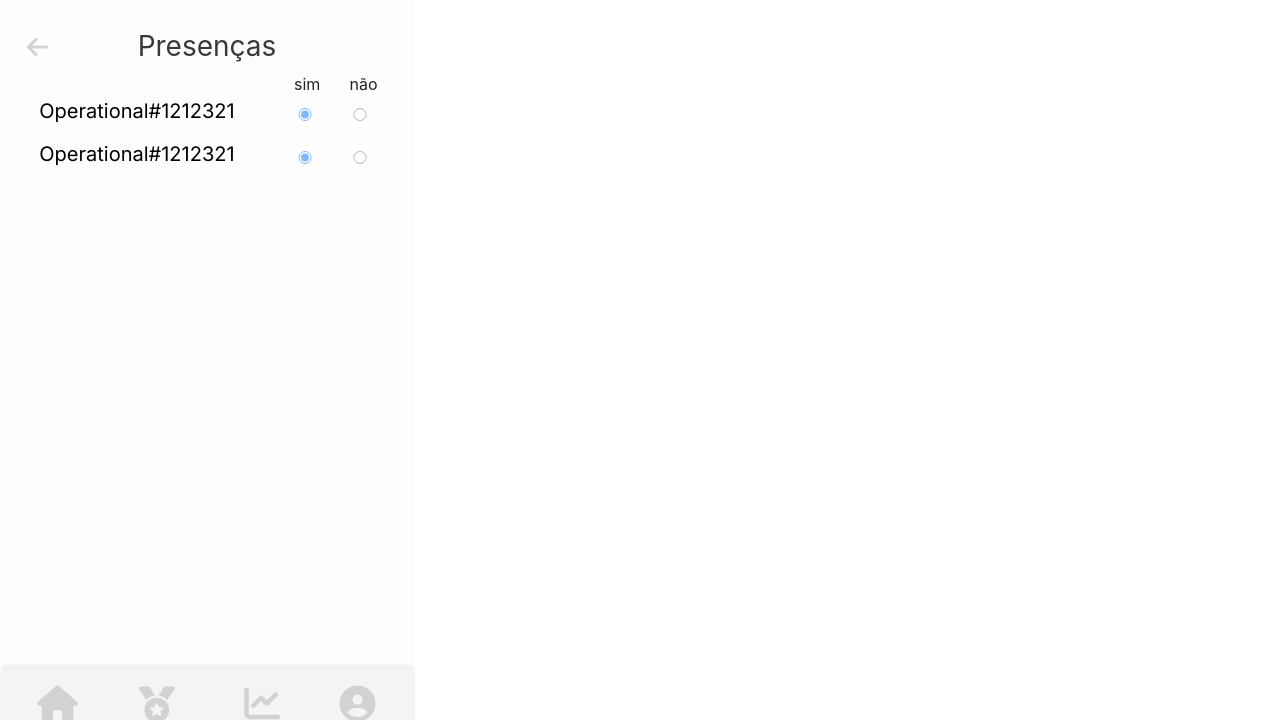
Repository: grupodetrabalhoeficiente/D213
Page: D213/Frontend/OperationalsPresence.html
The author's editor kept a record of every edit. The page is drawn from the files as they stood at one moment, then again after the next edit.
The browser window is 1280 px wide. The pictures show the whole page.
Some web libraries are served in a nearby version.

Above is the page before.

### D213/Frontend/OperationalsPresence.html
<!DOCTYPE html>
<html>

<head>
    <meta charset="utf-8">
    <meta name="viewport" content="width=device-width, initial-scale=1, maximum-scale=1, user-scalable=no">
    <link href="https://fonts.googleapis.com/css?family=Inter&display=swap" rel="stylesheet" />
    <link href="https://fonts.googleapis.com/css?family=Roboto&display=swap" rel="stylesheet" />
    <link href="./OperationalsPresence.css" rel="stylesheet" />
    <link rel="stylesheet" href="https://cdn.jsdelivr.net/npm/bootstrap@4.5.3/dist/css/bootstrap.min.css" integrity="sha384-TX8t27EcRE3e/ihU7zmQxVncDAy5uIKz4rEkgIXeMed4M0jlfIDPvg6uqKI2xXr2" crossorigin="anonymous">
    <script src="https://kit.fontawesome.com/e195162fd2.js" crossorigin="anonymous"></script>
    <title>Secure4All</title>
</head>

<body>
    <div id="screen" class="screen">
            <a><i id="goBack"class="fas fa-arrow-left fa-2x"></i></a>
            <span class="title">Presenças</span>
        <div class="labelPresence" id="labelYes">sim <span class="labelPresence" id="labelNo">não</span></div>

        <div class="presenceDiv">
            <form>
                <span class="ptsClass">Operational#1212321</span>
                <input type="radio" class="yesClass" name="presence" id="checkyes1" value="1" checked>
                <input type="radio" class="noClass" name="presence" id="checkno1" value="0">
            </form>
        </div>
        <div class="presenceDiv">
            <form>
                <span class="ptsClass">Operational#1212321</span>
                <input type="radio" class="yesClass" name="presence" id="checkyes2" value="1" checked>
                <input type="radio" class="noClass" name="presence" id="checkno2" value="0">
            </form>
        </div>

        <!--menubar-->
        <nav class="menubar fixed-bottom">
            <ul class="nav navbar-nav">
                <li><a href="MenuPrincipal.html"><i class="fa fa-home fa-3x" id:"home"></i></a></li>
                <li><a href="Ranks.html"><i class="fas fa-medal fa-3x" id:"medal"></i></a></li>
                <li><a href="HistoricoOcorrencias.html"><i class="fas fa-chart-line fa-3x" id:"chart"></i></a></li>
                <li><a href="PerfilUpdate.html"><i class="fas fa-user-circle fa-3x" id:"profile"></i></a></li>
            </ul>
        </nav>
    </div>
    <!--<script type="text/javascript" src="LoginOcorrencia.js"></script> -->
    <script src="https://code.jquery.com/jquery-3.5.1.slim.min.js" integrity="sha384-DfXdz2htPH0lsSSs5nCTpuj/zy4C+OGpamoFVy38MVBnE+IbbVYUew+OrCXaRkfj" crossorigin="anonymous"></script>
  <script src="https://cdn.jsdelivr.net/npm/bootstrap@4.5.3/dist/js/bootstrap.bundle.min.js" integrity="sha384-ho+j7jyWK8fNQe+A12Hb8AhRq26LrZ/JpcUGGOn+Y7RsweNrtN/tE3MoK7ZeZDyx" crossorigin="anonymous"></script>
  <script type="text/javascript" src="./fetch/occurrence_presence.controller.js"></script>
</body>

</html>

### D213/Frontend/OperationalsPresence.css
.screen {
  width:100%;
  height:100%;
  max-width: 414px;
  max-height: 736px;
   background: rgb(253 253 253);
  opacity: 1;
  position: absolute;
  overflow: hidden;
  z-index:-1;
}
.navbar{
  width: 100%;
  max-width:414px;
  background-color: rgba(255,255,255,1);
  z-index:3;
  text-align:center;
  overflow: hidden;

}
.title {
    position: absolute;
    color: rgb(58 57 57);
    width: 100%;
    top: 25px;
    font-size: 28px;
    font-family: INHERIT;
    text-align: center;
}
.labelPresence{
  top:10%;
  position:relative;
  text-align:left;
}
#labelYes{
  left:71%;
}
#labelNo{
  left:6%;
}
.presenceDiv{
    position: relative;
    width: 90%;
    height: 6%;
    top: 10%;
    display: block;
    margin-left: auto;
    margin-right: auto;
    text-align: center;
}
.ptsClass {
  width:100%;
  max-width: 200px;
  color: rgba(0,0,0,1);
  position: absolute;
  left: 5%;
  font-family: Inter;
  font-weight: Medium;
  font-size: 20px;
  opacity: 1;
  text-align: left;
}
.operationalClass {
  width: 251px;
  color: rgba(0,0,0,1);
  position: absolute;
  left: 24%;
  font-family: Inter;
  font-weight: Medium;
  font-size: 24px;
  opacity: 1;
  text-align: left;
}
.yesClass {
  width: 46px;
    color: rgba(190,190,190,1);
    position: absolute;
    top: 28%;
    left: 70%;
    font-family: Inter;
    font-weight: Medium;
    font-size: 13px;
    opacity: 0.5;
    text-align: left;
}
.noClass {
  width: 46px;
    color: rgba(190,190,190,1);
    position: absolute;
    top: 28%;
    left: 85%;
    font-family: Inter;
    font-weight: Medium;
    font-size: 13px;
    opacity: 0.5;
    text-align: left;
}
.chevron{
  position:relative;
  left:45%;
  top:15%;
  color:black;
}
.menubar{
  width:100%;
  max-width:414px;
  background-color: rgba(255,255,255,1);
  z-index:1;
  float: center;
  overflow: hidden;
  height:67px;
  max-height:100%;
  display:block;
}
.menubar i:hover {
  color: #000000;           /*rgba(171,4,4,1);*/
}
.menubar {
    width: 100%;
    height: 100%;
    max-height: 67px;
    max-width: 414px;
    background-color: rgba(255, 255, 255, 1);
    z-index: 1;
    float: center;
    overflow: hidden;
    display: block;
    font-size: 12px;
}

.fa-home {
    opacity: 1;
    position: absolute;
    top: 16px!important;
    left: 9%;
    z-index: 2;
    color: #d2d2d2;
}

.fa-medal {
    opacity: 1;
    position: absolute;
    left: 33.5%;
    z-index: 2;
    top: 17px!important;
    color: #d2d2d2;
}

.fa-chart-line {
    opacity: 1;
    position: absolute;
    left: 59%;
    z-index: 2;
    top: 16px!important;
    color: #d2d2d2;
}

.fa-user-circle {
    opacity: 1;
    position: absolute;
    left: 82%;
    z-index: 2;
    top: 16px!important;
    color: #d2d2d2;
}

#goBack {
    position: absolute;
    top: 35px;
    left: 27px;
    font-size: 24px;
    color: lightgray;
}

.fixed-bottom {
    position: fixed;
    background-color: #ececec82;
    top: 670px;
    left: 1px;
    width: 461px;
    box-shadow: 1px -5px 2px rgb(222 221 221 / 34%);
    border-top-left-radius: 5px;
    border-top-right-radius: 5px;
    border-bottom-left-radius: 5px;
    border-bottom-right-radius: 5px;
}
.checkboxOperationals{

}

Loaded but not shown: D213/Frontend/fetch/occurrence_presence.controller.js (no copy from this time; the picture is the same without it)

After the next edit:
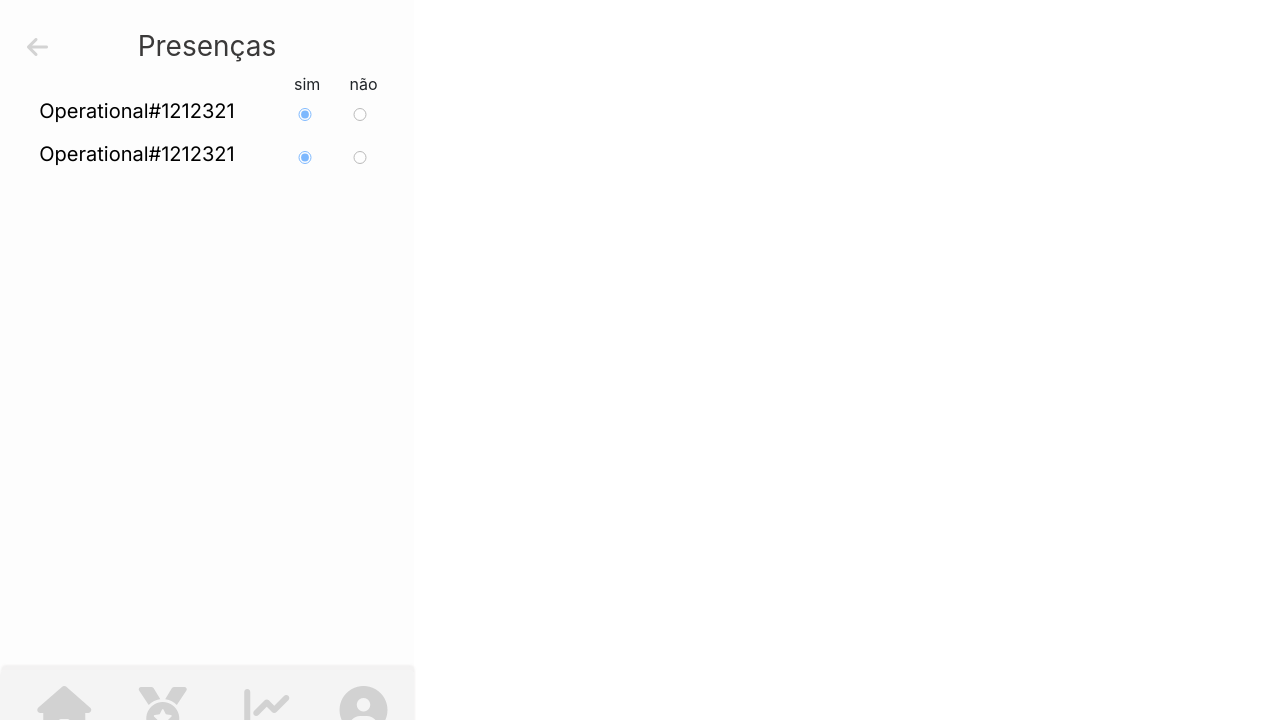
The edit:
--- a/D213/Frontend/OperationalsPresence.css
+++ b/D213/Frontend/OperationalsPresence.css
@@ -115,18 +115,7 @@
 .menubar i:hover {
   color: #000000;           /*rgba(171,4,4,1);*/
 }
-.menubar {
-    width: 100%;
-    height: 100%;
-    max-height: 67px;
-    max-width: 414px;
-    background-color: rgba(255, 255, 255, 1);
-    z-index: 1;
-    float: center;
-    overflow: hidden;
-    display: block;
-    font-size: 12px;
-}
+
 
 .fa-home {
     opacity: 1;
